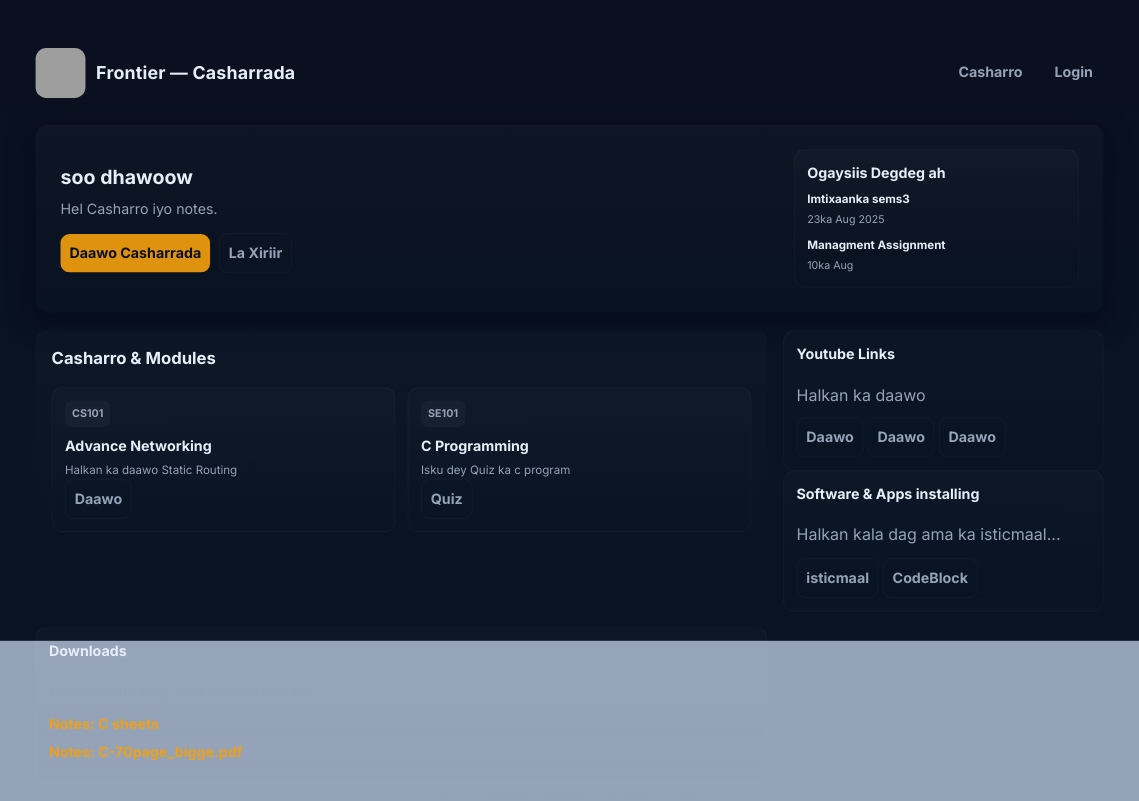
Repository: mrfiiqane/Al-Tacaawun.com
Page: index.html
These files come from the project's save history. The page is drawn as it stood at one moment and after the next save; the edit follows.
The browser window is 1280 px wide. The pictures show the whole page, at 89% of full size.
Pictures or frames that could not be fetched are drawn as grey boxes.

Above is the page before, as saved 2025-08-12 10:37:13.

After the next save:
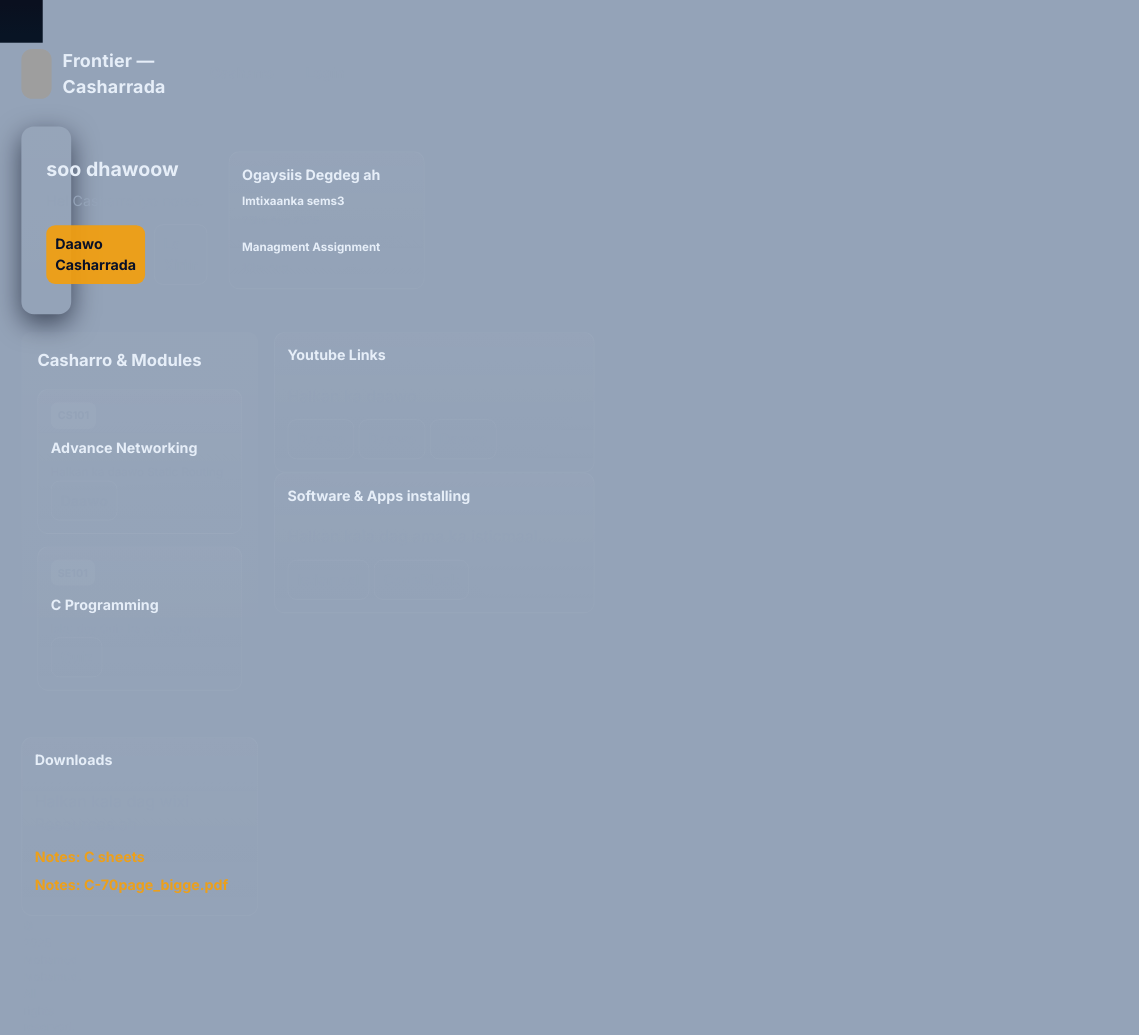
Saved 17 s later.
--- a/style.css
+++ b/style.css
@@ -10,8 +10,8 @@
     }
     *{box-sizing:border-box}
     html,body{
-      height:100%;
-      width:100%;
+      height:10%;
+      width:10%;
       background-color: #94a3b8;
     }
     body{
